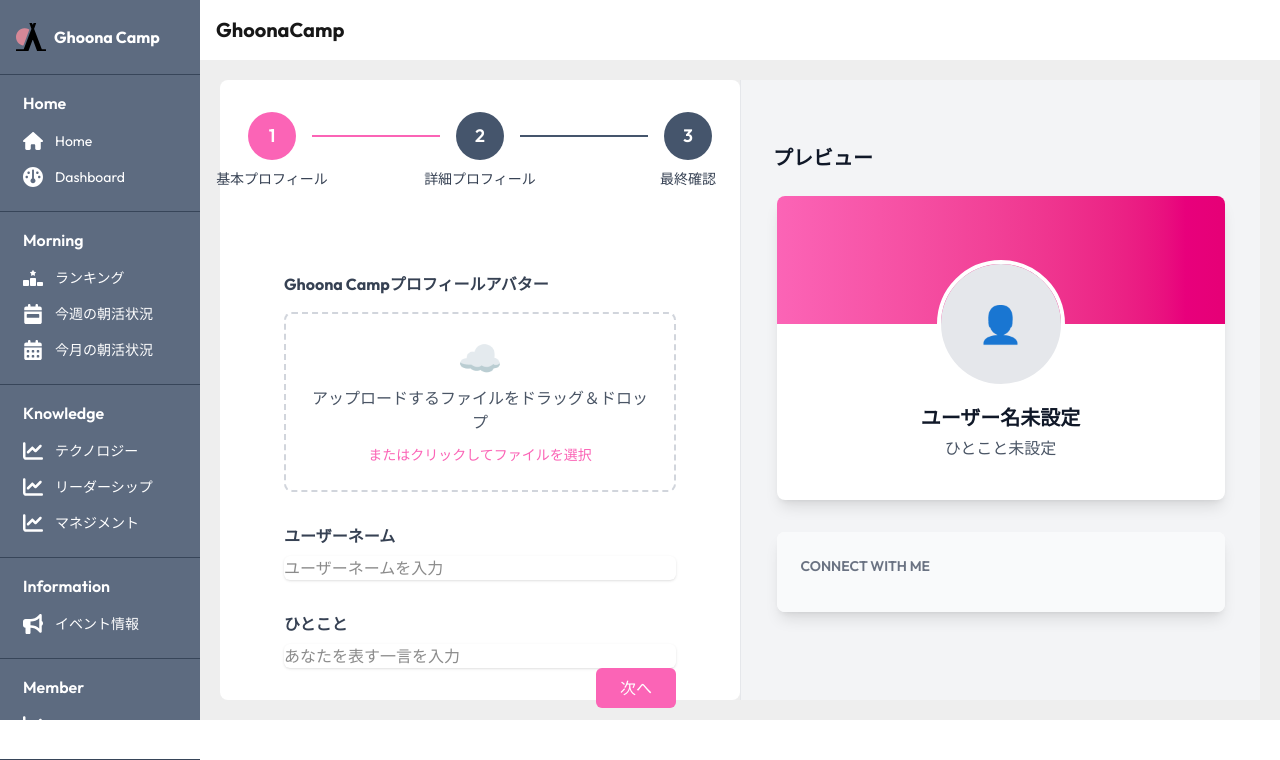
Repository: ShotaGhoona/ghoonacamp_platform
Page: /setting/profile
The author's editor kept a copy of each file at every save. The page is drawn from the files as they stood at one save, then again after the next save.
The browser window is 1280 px wide. The pictures show the whole page.
The page's requests for data from a server got no answer. The project was rebuilt for these pictures with package versions that can differ from the ones it lists, and the page was loaded fresh each time. Some packages were replaced by stand-ins written for this rebuild. The framework's server and built-in components were replaced by stand-ins that run in the browser. No one was signed in, and anything a server would have sent is missing. Also part of the build but not shown: next.config.js, src/features/setting/profile/display/DetailProfileForm.tsx, src/features/setting/profile/display/ConfirmationView.tsx.

Above is the page before, as saved 2025-04-29 13:57:07.

After the next save:
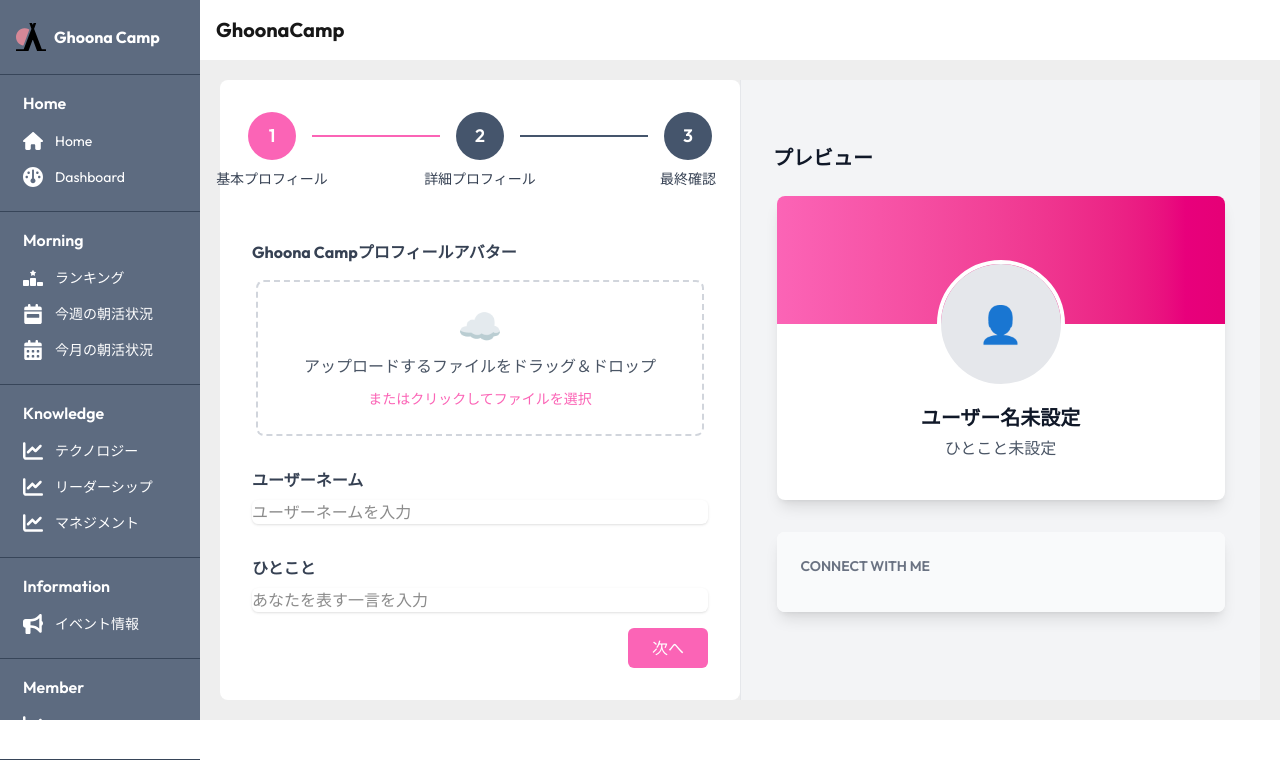
Saved 7 s later.
--- a/src/features/setting/profile/display/index.tsx
+++ b/src/features/setting/profile/display/index.tsx
@@ -44,7 +44,7 @@ export const IndexPage = () => {
         <StepIndicator currentStep={currentStep} />
 
         {/* フォームコンテンツ */}
-        <div className="md:p-8 mt-8 flex-1">
+        <div className="mt-8 flex-1">
           {currentStep === 'basic' && (
             <BasicProfileForm
               formData={formData}
